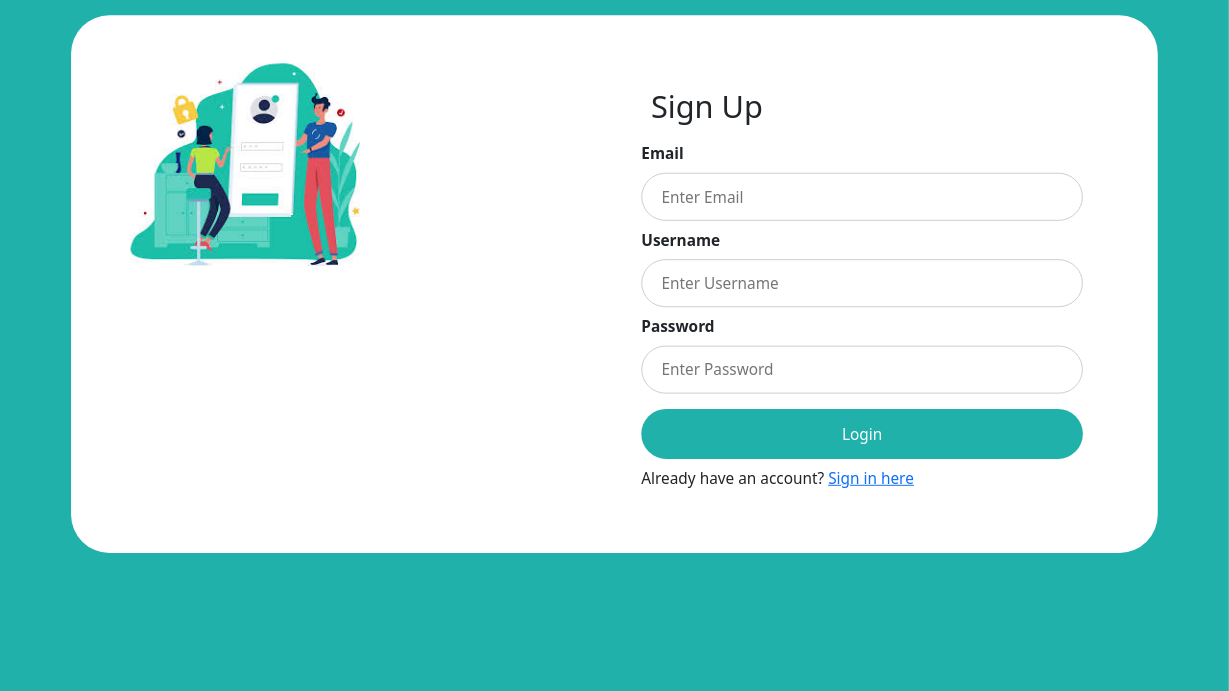
Repository: Sadia-Naveed-Shaikh/JavaScript-Website
Page: SignUp.html
These files come from the project's save history. The page is drawn as it stood at one moment and after the next save; the edit follows.
The browser window is 1280 px wide. The pictures show the whole page, at 96% of full size.

Above is the page before, as saved 2021-10-27 15:04:58.

After the next save:
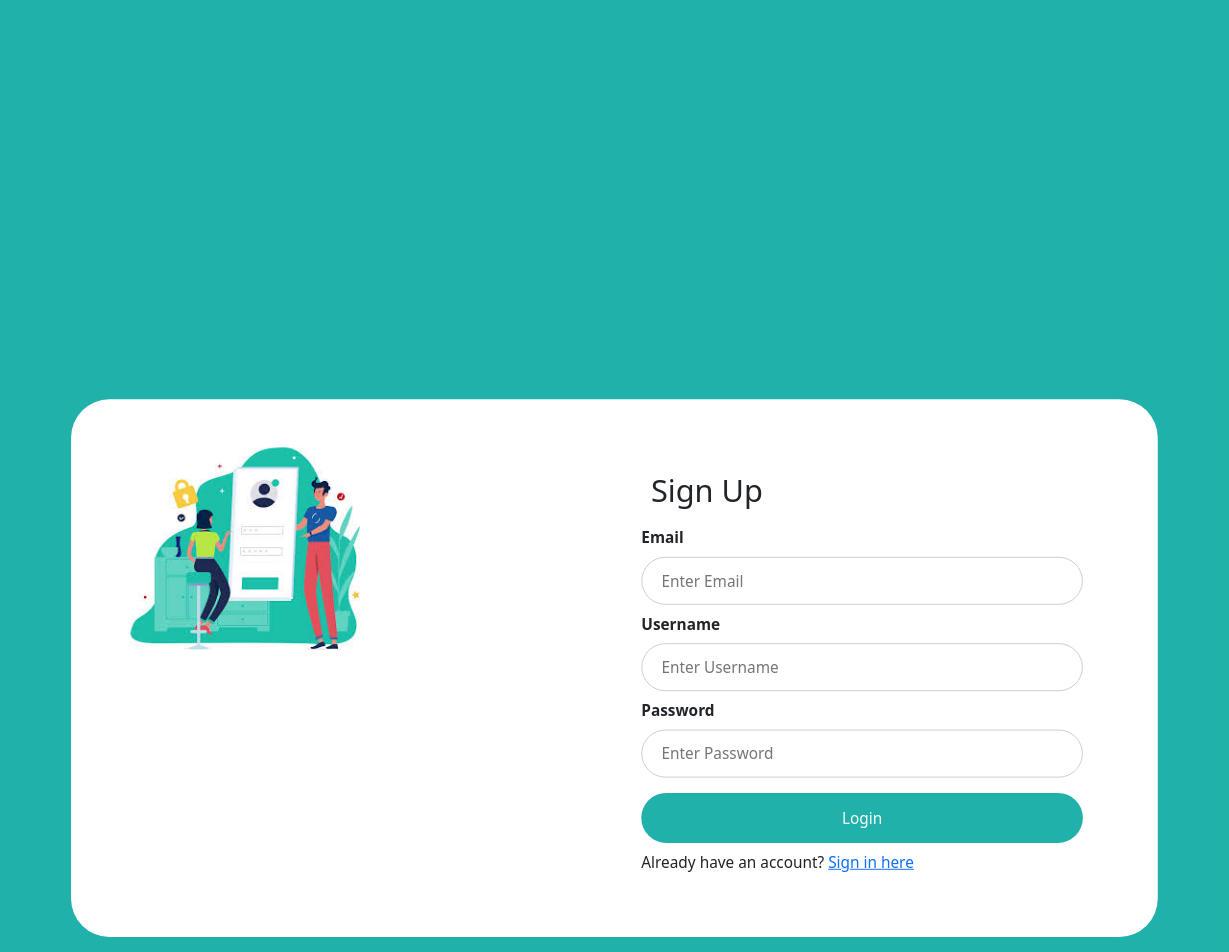
Saved 7 s later.
--- a/SignUp.html
+++ b/SignUp.html
@@ -65,7 +65,7 @@
             background-color: white;
             border-radius: 40px;
             padding: 50px;
-            top:400px;
+            margin-top:400px;
         }
     </style>
 </head>
